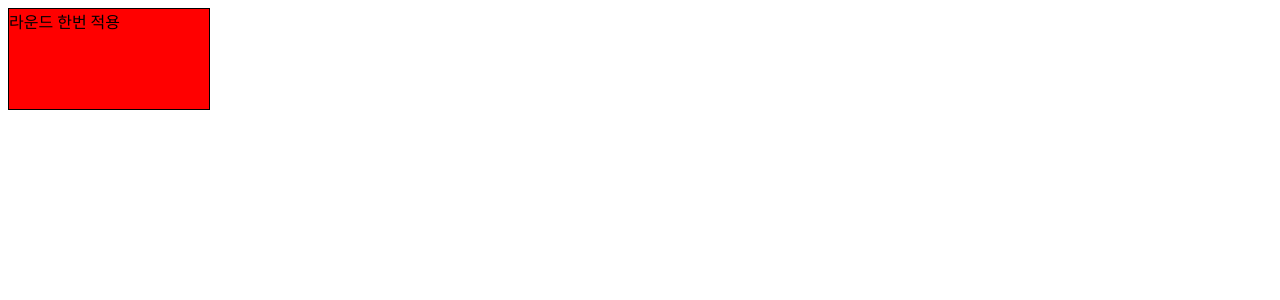
Repository: jeemaru/htme_01
Page: css_02/ex_05.html
The author's editor kept a copy of each file at every save. The page is drawn from the files as they stood at one save, then again after the next save.
The browser window is 1280 px wide. The pictures show the whole page.

Above is the page before, as saved 2022-04-07 05:09:29.

After the next save:
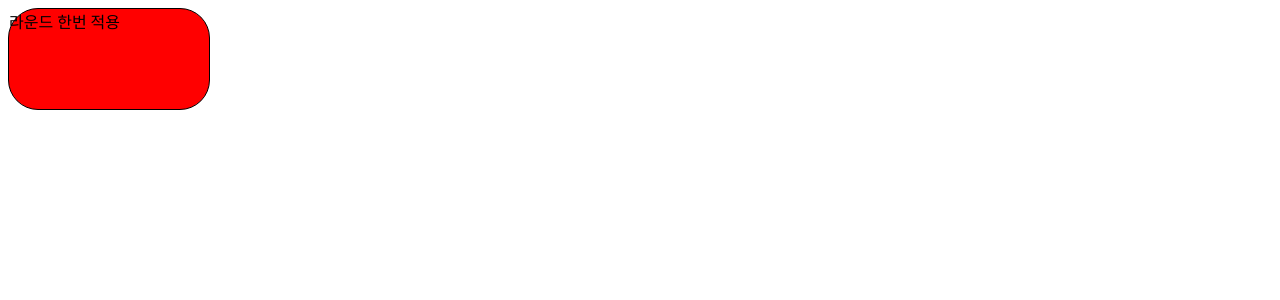
Saved 38 s later.
--- a/css_02/ex_05.html
+++ b/css_02/ex_05.html
@@ -9,7 +9,8 @@
         	.div-all{background-color: #ff0000;
         			 width: 200px;
         			 height: 100px;
-        			 border: 1px solid #000000;}
+        			 border: 1px solid #000000;
+        			 border-radius: 30px;}
 
 
 
